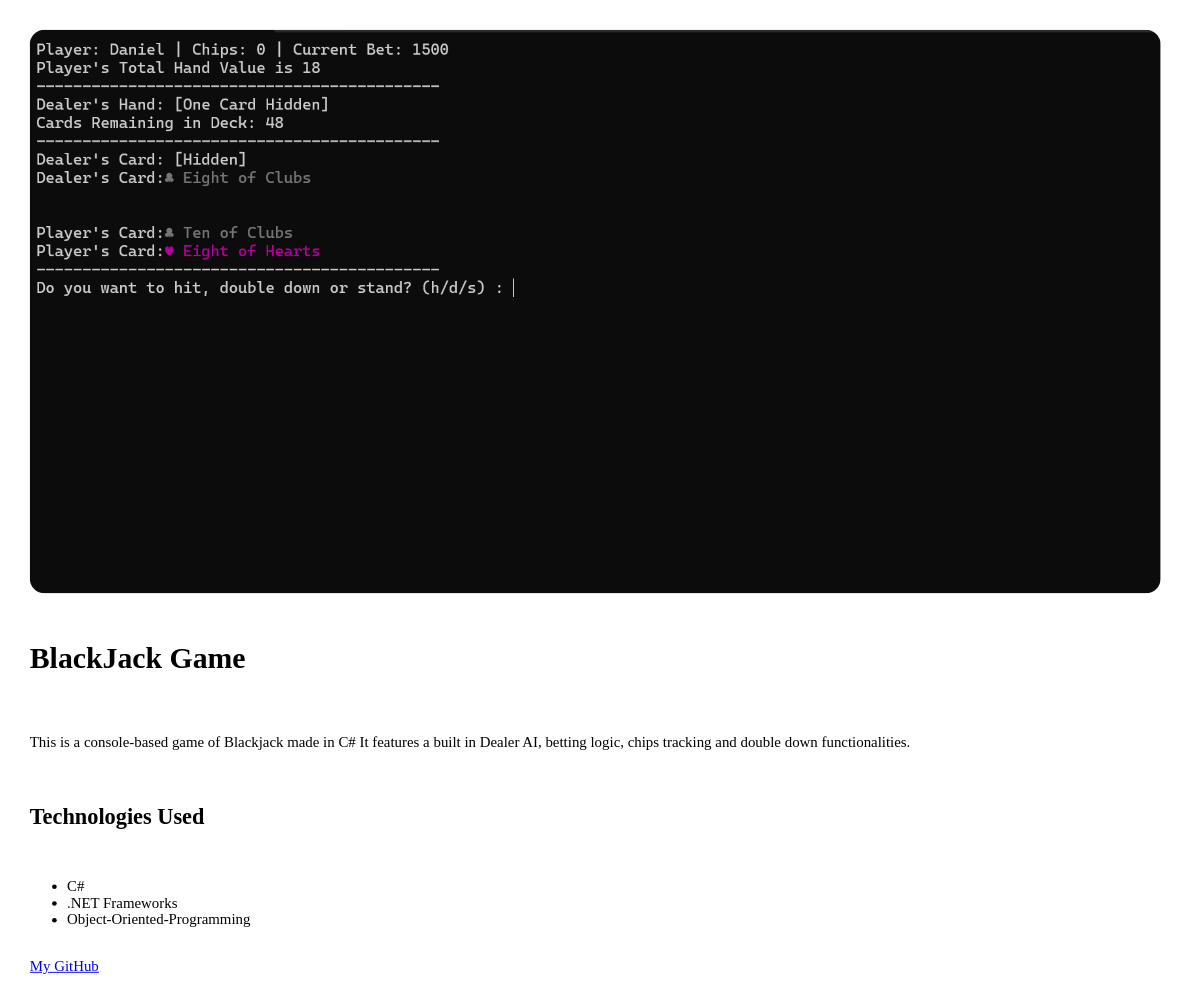
Repository: danielchohan/danielchohan
Page: pages/blackjack.html
The author's editor kept a copy of each file at every save. The page is drawn from the files as they stood at one save, then again after the next save.
The browser window is 1280 px wide. The pictures show the whole page, at 93% of full size.

Above is the page before, as saved 2026-05-08 19:11:02.

### pages/blackjack.html
<!DOCTYPE html>
<html lang="en">
<head>
    <meta charset="UTF-8">
    <meta name="viewport" content="width=device-width, initial-scale=1.0">
    <title>Blackjack Project</title>
    <link rel="stylesheet" href="../styles/projectcard.css">
</head>

<section class="projectcard">

<img alt="Screenshot of a round of Blackjack" src="../assets/images/blackjack.png">

<div class="projectinfo">
    <h1>BlackJack Game</h1>

    <p> This is a console-based game of Blackjack made in C#
        It features a built in Dealer AI, betting logic, chips tracking and double down functionalities.
     </p>

     <h2> Technologies Used </h2>
     <ul>
        <li>C#</li>
        <li>.NET Frameworks</li>
        <li>Object-Oriented-Programming</li>
     </ul>

     <div class="projectbutton">
        <a href="https://github.com/danielchohan">My GitHub</a>
     </div>

</div>

</section>
<body>

</body>
</html>

### styles/projectcard.css
body{
    background:transparent;
    color:black;
    font-family: EldenFont;
}

.projectcard{
    display:flex;
    flex-direction:column;
    gap:1.5rem;
    padding:1.5rem;
}

.projectcard img{
    width:100%;
    border-radius:1rem;
    object-fit: cover;
}

.projectinfo{
    display:flex;
    flex-direction:column;
    gap:1rem;
}

.projectinfo h1{
    font-size:2rem;
}

.projectinfo p{
    line-height:1.8;
    font-size: 1rem;
}

.projectbutton{
    display:flex;
    gap:1rem;
    flex-wrap:wrap;
}

.projectbuttons a{
    text-decoration: none;
    color:black;
    background:rgba(255,255,255,0.1);
    padding:0.8rem 1.4rem;
    border-radius:0.5rem;
    transition:0.3s;
}

After the next save:
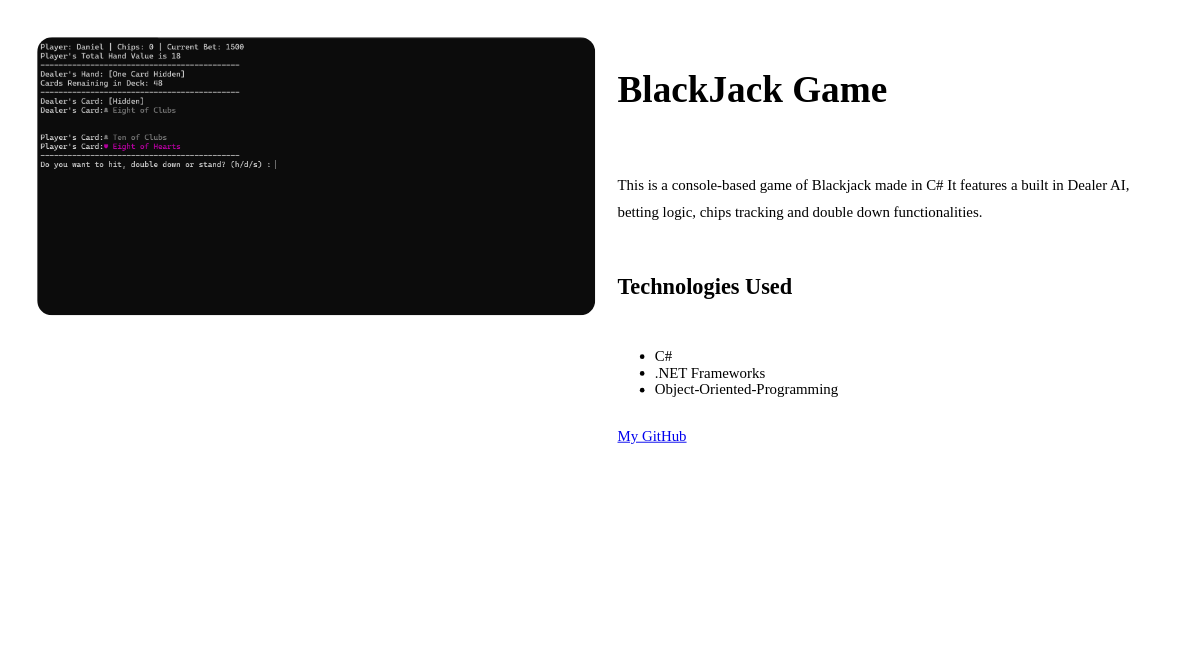
Saved 2 min 46 s later.
--- a/styles/projectcard.css
+++ b/styles/projectcard.css
@@ -46,3 +46,26 @@
     border-radius:0.5rem;
     transition:0.3s;
 }
+
+@media(min-width: 768px){
+    .projectcard{
+        padding:2rem;
+    }
+    .projectinfo h1{
+        font-size:2.5rem;
+    }
+}
+
+@media (min-width:1024px) {
+    .projectcard{
+        flex-direction: row;
+        align-items:flex-start;
+    }
+
+    .projectcard img{
+        width:50%;
+    }
+    .projectinfo{
+        width:50%;
+    }
+}
